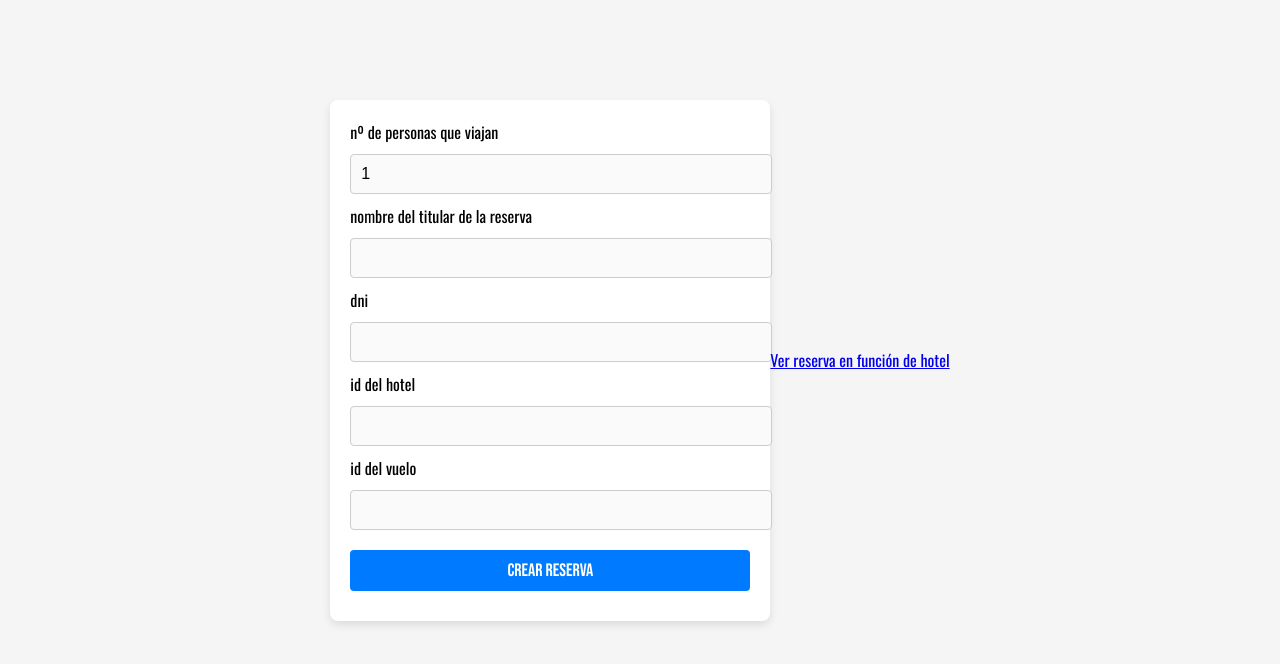
Repository: craschelf/GestionDeViajes-Microservicios
Page: http://localhost/formularioReservas
The author's editor kept a copy of each file at every save. The page is drawn from the files as they stood at one save, then again after the next save.
The browser window is 1280 px wide. The pictures show the whole page.
The page is this project's Thymeleaf template; nobody is signed in. The template is opened directly, without the code that normally fills it, so the values that code supplies are empty.

Above is the page before, as saved 2024-06-06 15:03:51.

### FrontProyectoFinal/src/main/resources/templates/formularioReservas.html
<!DOCTYPE html>
<html lang="es">

<head>
	<link rel="stylesheet" href="css/formulario.css">
	<meta charset="UTF-8">
	<meta name="viewport" content="width=device-width, initial-scale=1.0">
	<link rel="preconnect" href="https://fonts.googleapis.com">
	<link rel="preconnect" href="https://fonts.gstatic.com" crossorigin>
	<link href="https://fonts.googleapis.com/css2?family=Oswald:wght@200..700&display=swap" rel="stylesheet">
	<link href="https://fonts.googleapis.com/css2?family=Bebas+Neue&display=swap" rel="stylesheet">
	<title>Hotel Ejemplo</title>
</head>
<body>
	<form th:action="@{/reservas/nueva/} + ${numPersonas}" th:object="${reservaDto}" method="post" class="search-container">
		nº de personas que viajan
			    <input type="number" id="numPersonas" name="numPersonas" th:value="1" placeholder="Número de plazas a reservar..." readonly/>
		nombre del titular de la reserva<input th:field="*{nombreCliente}" type="text" id="nombreCliente"
			name="nombreCliente" />
		dni<input th:field="*{dni}" type="text" id="dni" name="dni" />
		id del hotel<input th:field="*{idHotel}" type="text" id="idHotel" name="idHotel" />
		id del vuelo <input th:field="*{idVuelo}" type="text" id="idVuelo" name="idVuelo" />
		<button type="submit">Crear reserva</button>
	</form>
	<a href="/reservas/lista">Ver reserva en función de hotel</a>
</body>
</html>

### FrontProyectoFinal/src/main/resources/static/css/formulario.css

body {
    font-family: 'Oswald', sans-serif;
    background-color: #f5f5f5;
    display: flex;
    justify-content: center;
    align-items: center;
    height: 100vh;
    margin: 0;
}

.search-container {
    background-color: #ffffff;
    padding: 20px;
    border-radius: 8px;
    box-shadow: 0 4px 8px rgba(0, 0, 0, 0.1);
    max-width: 400px;
    width: 100%;
    display: flex;
    flex-direction: column;
}

.search-container input[type="number"],
.search-container input[type="text"],
.search-container button {
    width: 100%;
    padding: 10px;
    margin: 10px 0;
    border: 1px solid #cccccc;
    border-radius: 4px;
    font-size: 16px;
}

.search-container input[type="number"],
.search-container input[type="text"] {
    background-color: #fafafa;
}

.search-container button {
    background-color: #007BFF;
    color: #ffffff;
    border: none;
    cursor: pointer;
    transition: background-color 0.3s ease;
    font-family: 'Bebas Neue', cursive;
    font-size: 18px;
}

.search-container button:hover {
    background-color: #0056b3;
}

.search-container label {
    font-weight: 600;
    margin-top: 10px;
}

After the next save:
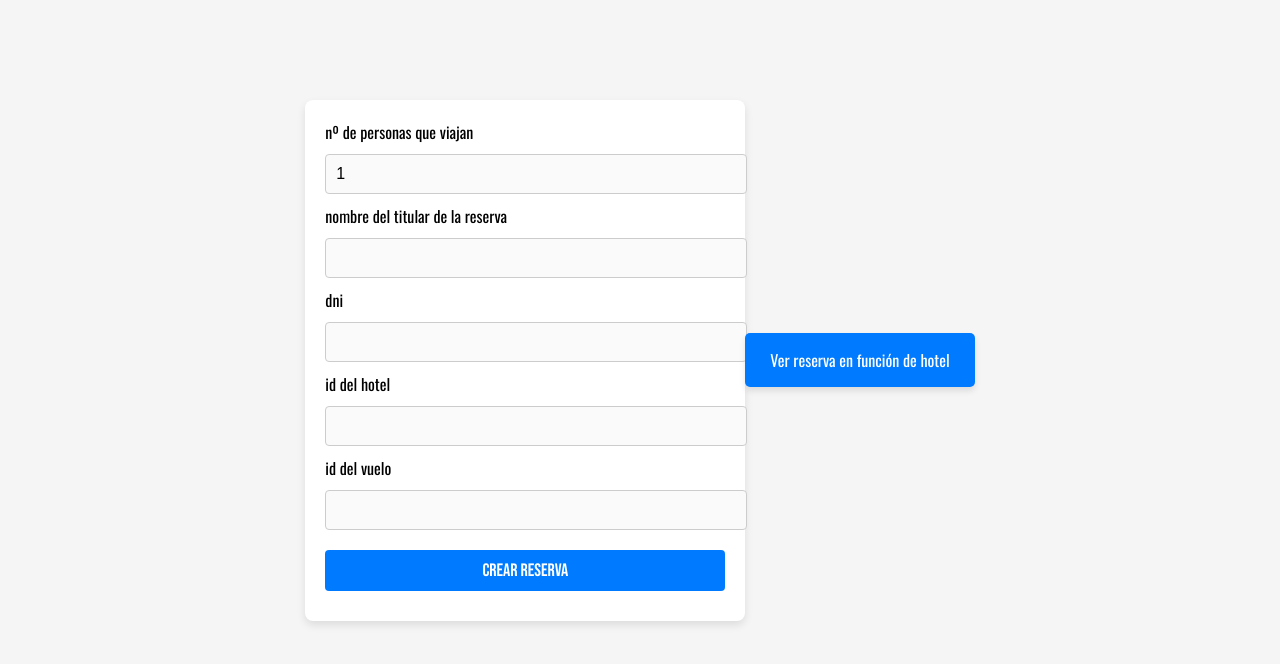
Saved 5 s later.
--- a/FrontProyectoFinal/src/main/resources/static/css/formulario.css
+++ b/FrontProyectoFinal/src/main/resources/static/css/formulario.css
@@ -54,3 +54,20 @@ body {
     font-weight: 600;
     margin-top: 10px;
 }
+
+a {
+	display: inline-block;
+	padding: 15px 25px;
+	text-align: center;
+	text-decoration: none;
+	color: white;
+	background-color: #007BFF;
+	border-radius: 5px;
+	box-shadow: 0 4px 6px rgba(0, 0, 0, 0.1);
+	transition: background-color 0.3s ease, box-shadow 0.3s ease;
+}
+
+        a:hover {
+            background-color: #0056b3;
+            box-shadow: 0 6px 10px rgba(0, 0, 0, 0.15);
+        }
